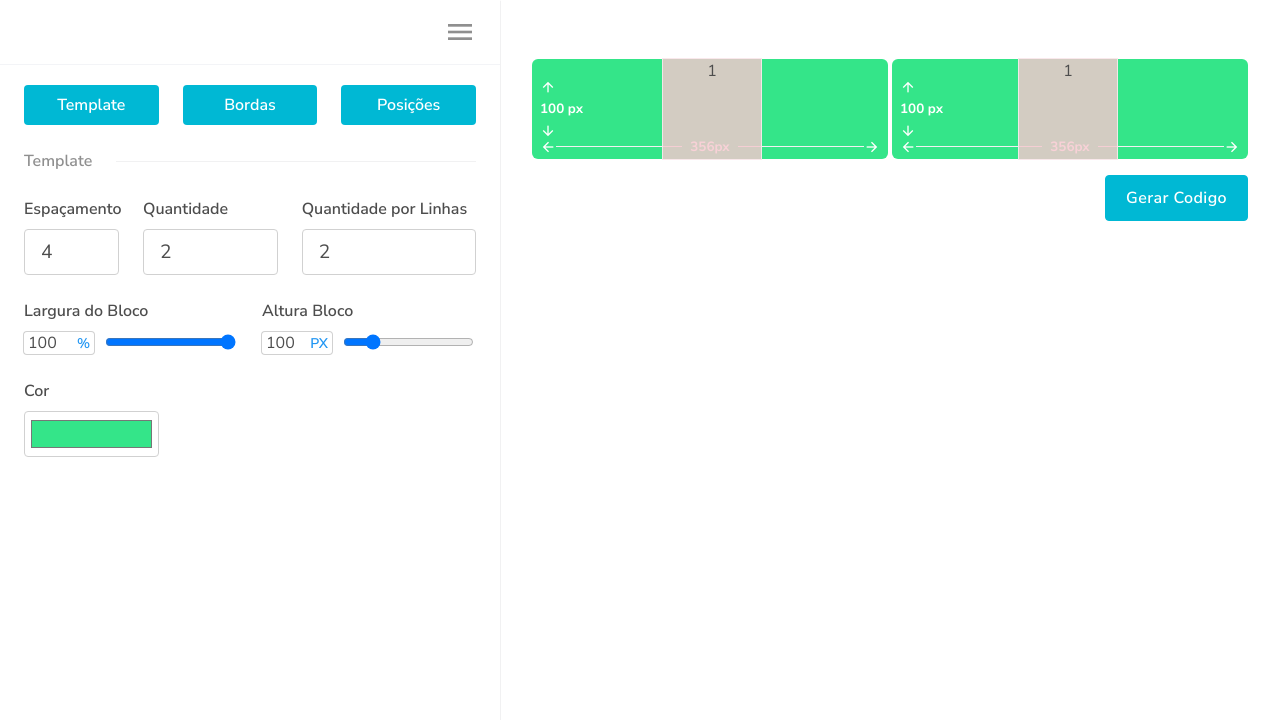
Repository: Flintdl/lowcode-elements
Page: /
These files come from the project's save history. The page is drawn as it stood at one moment and after the next save; the edit follows.
The browser window is 1280 px wide. The pictures show the whole page.
The project was rebuilt for these pictures with package versions that can differ from the ones it lists, and the page was loaded fresh each time. Also part of the build but not shown: vue.config.js.

Above is the page before, as saved 2022-04-06 14:09:31.

After the next save:
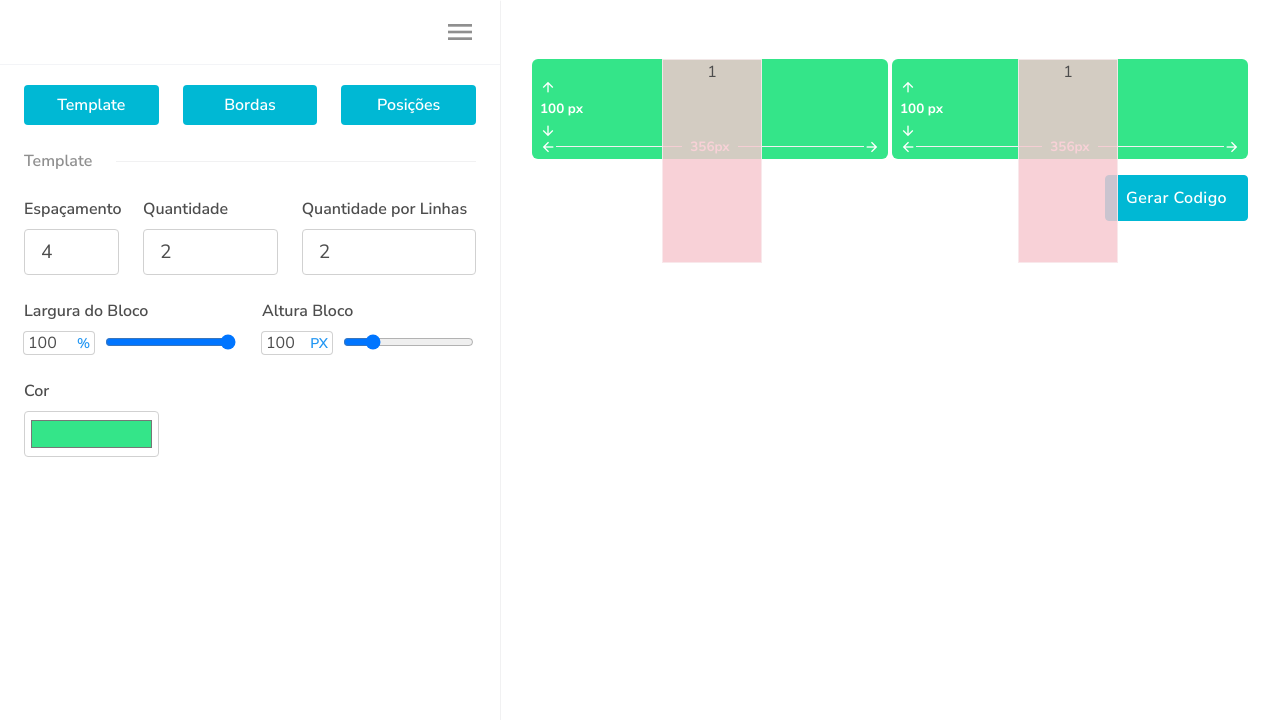
Saved 36 s later.
--- a/src/views/HomeView.vue
+++ b/src/views/HomeView.vue
@@ -121,14 +121,14 @@ export default {
     },
     widthProps() {
       return {
-        height: `calc(${this.valorHeight}px + (${this.inputGap}px / 2))`,
+        height: `calc(${this.valorHeight}px * ${this.quantidadeLinha} + ${this.inputGap}px)`,
         width: "clamp(50px, 50%, 100px)",
         "background-color": "#f7c7cfd1",
         border: "1px solid #f9edefd1",
         transform: "translateX(-50%)",
         "z-index": "500",
         left: "50%",
-        top: "0px",
+        top: "1px",
       };
     },
   },
